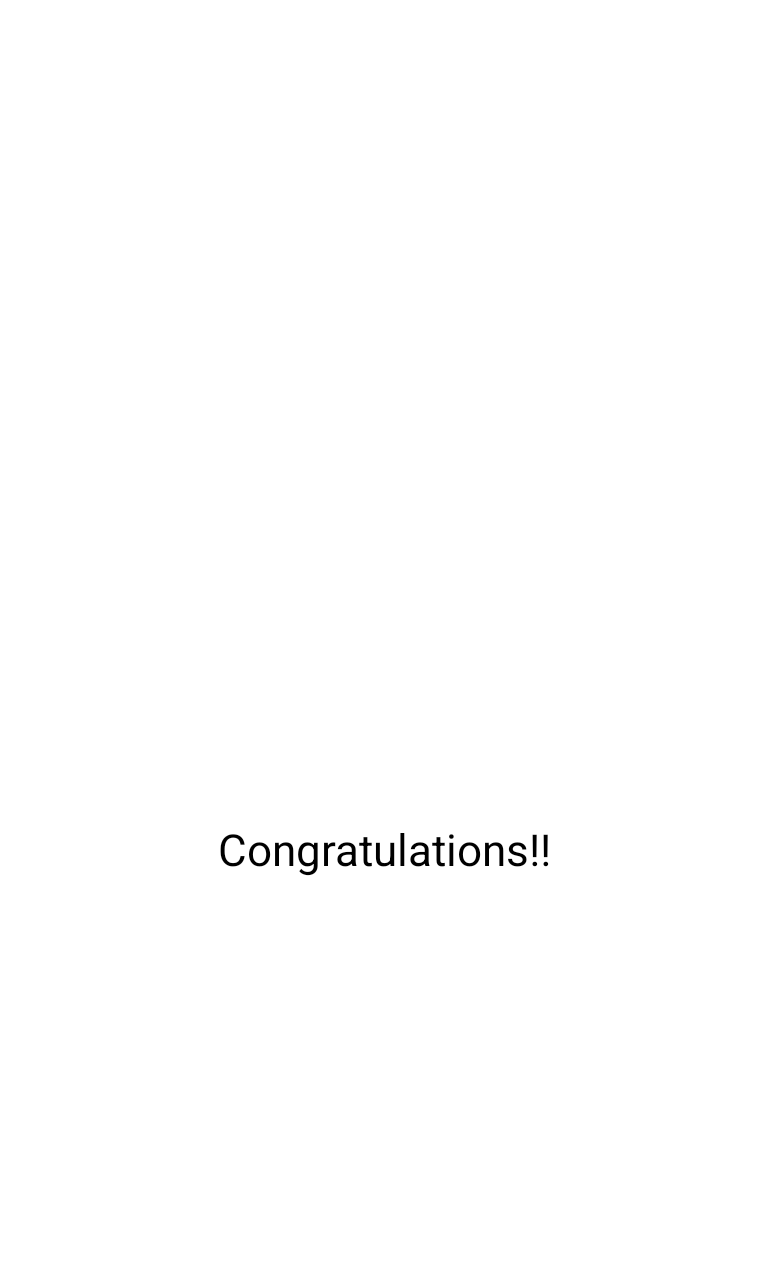
Repository: AGNT/Mobile_application_SU13
Layout: android/Locate/res/layout/activity_points.xml
These files come from the project's save history. The layout is drawn as it stood at one moment and after the next save; the edit follows.
It is drawn on a 768 x 1280 px phone screen (xhdpi) without system bars, with theme AppTheme; the app's code is not run.

Above is the layout before, as saved 2013-08-06 14:57:26.

After the next save:
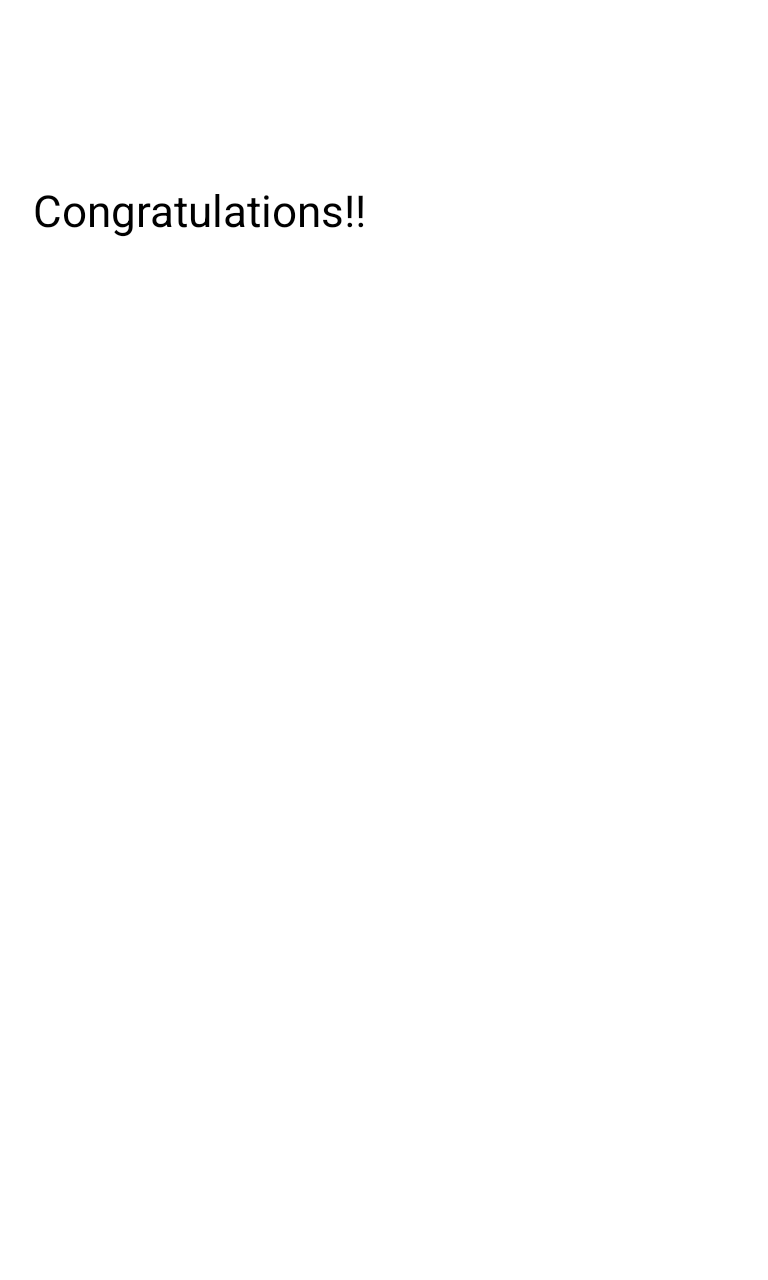
Saved 4 min 48 s later.
--- a/android/Locate/res/layout/activity_points.xml
+++ b/android/Locate/res/layout/activity_points.xml
@@ -13,9 +13,7 @@
         android:id="@+id/textView1"
         android:layout_width="wrap_content"
         android:layout_height="wrap_content"
-        android:layout_alignParentBottom="true"
-        android:layout_centerHorizontal="true"
-        android:layout_marginBottom="185dp"
+        android:layout_marginTop="74dp"
         android:gravity="center"
         android:text="Congratulations!!"
         android:textAppearance="?android:attr/textAppearanceLarge" />
